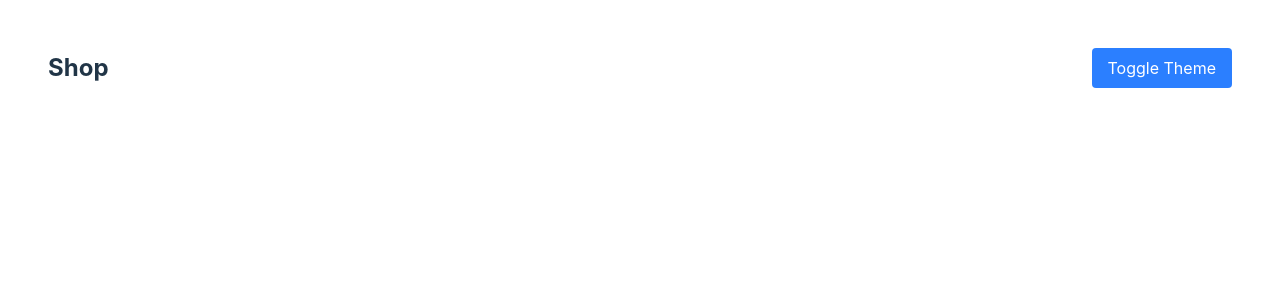
Repository: mohamed-omar-mubark/shopping-cart-vue
Page: /
These files come from the project's save history. The page is drawn as it stood at one moment and after the next save; the edit follows.
The browser window is 1280 px wide. The pictures show the whole page.
The project was rebuilt for these pictures with package versions that can differ from the ones it lists, and the page was loaded fresh each time. Also part of the build but not shown: vite.config.js.

Above is the page before, as saved 2025-01-25 10:40:51.

After the next save:
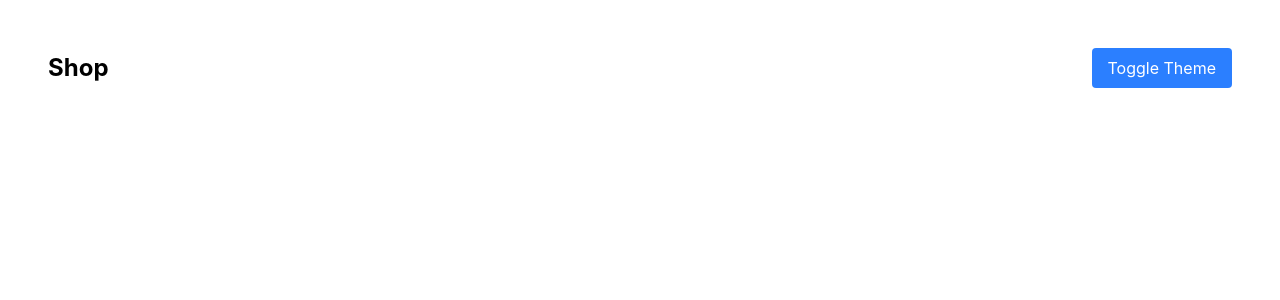
Saved 28 s later.
--- a/src/App.vue
+++ b/src/App.vue
@@ -8,11 +8,4 @@
 
 <script setup>
   import Header from "./components/Header.vue";
-  import { ref } from "vue";
-
-  const theme = ref("light-theme");
-
-  const toggleTheme = () => {
-    theme.value = theme.value === "light-theme" ? "dark-theme" : "light-theme";
-  };
 </script>

After the 2 saves that followed:
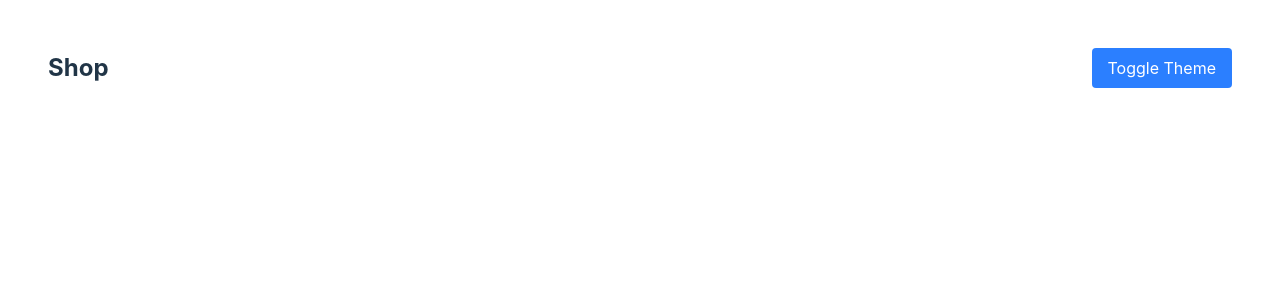
The 2 saves are shown as one change because 1 left the picture as it was.
The last was saved 39 s later.
--- a/src/App.vue
+++ b/src/App.vue
@@ -8,4 +8,11 @@
 
 <script setup>
   import Header from "./components/Header.vue";
+  import { ref } from "vue";
+
+  const theme = ref("light-theme");
+
+  const toggleTheme = () => {
+    theme.value = theme.value === "light-theme" ? "dark-theme" : "light-theme";
+  };
 </script>
--- a/src/components/Header.vue
+++ b/src/components/Header.vue
@@ -9,4 +9,12 @@
   </div>
 </template>
 
-<script setup></script>
+<script setup>
+  import { ref } from "vue";
+
+  const theme = ref("light-theme");
+
+  const toggleTheme = () => {
+    theme.value = theme.value === "light-theme" ? "dark-theme" : "light-theme";
+  };
+</script>
